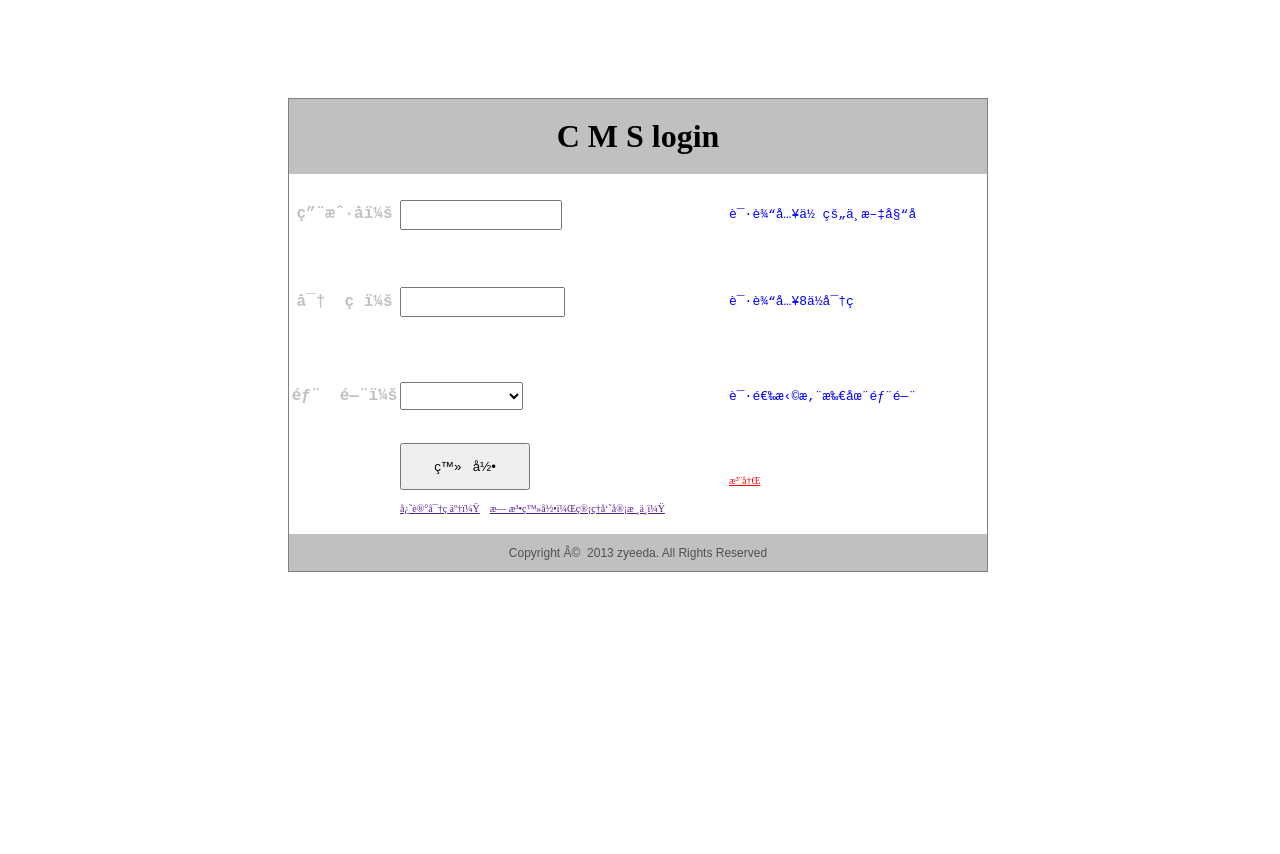
Repository: 728064001/MyProject
Page: http://localhost/CMS/login.jsp
An editor plug-in stored every save of this project. The page is shown before and after the next save, followed by the edit.
The browser window is 1280 px wide. The pictures show the whole page.
The page is served by Tomcat 9.

Above is the page before, as saved 2013-07-19 02:32:10.

After the next save:
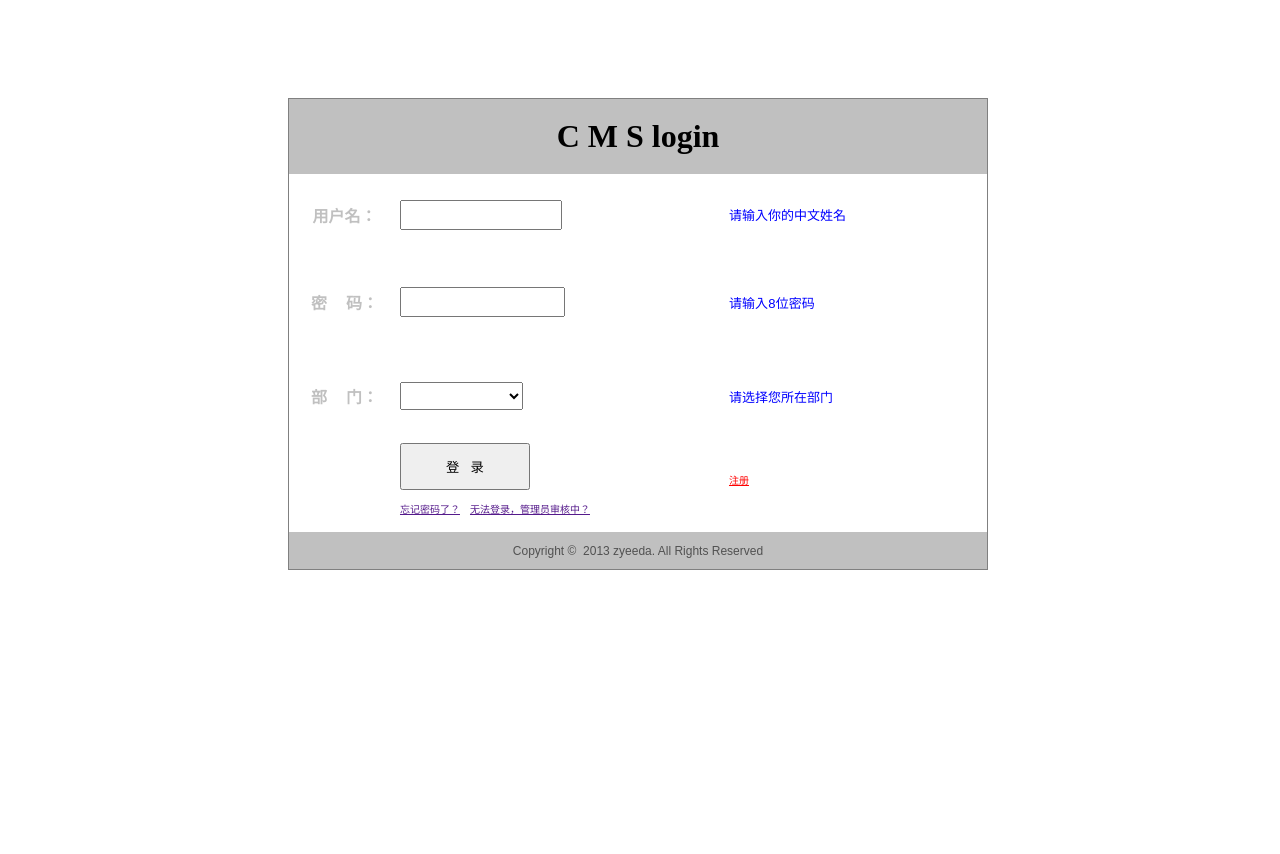
Saved 57 s later.
--- a/cms-server-code/CMS/WebRoot/login.jsp
+++ b/cms-server-code/CMS/WebRoot/login.jsp
@@ -1,4 +1,4 @@
-<%@ page language="java" import="java.util.*" pageEncoding="ISO-8859-1"%>
+<%@ page language="java" import="java.util.*" pageEncoding="UTF-8"%>
 <%
 String path = request.getContextPath();
 String basePath = request.getScheme()+"://"+request.getServerName()+":"+request.getServerPort()+path+"/";
